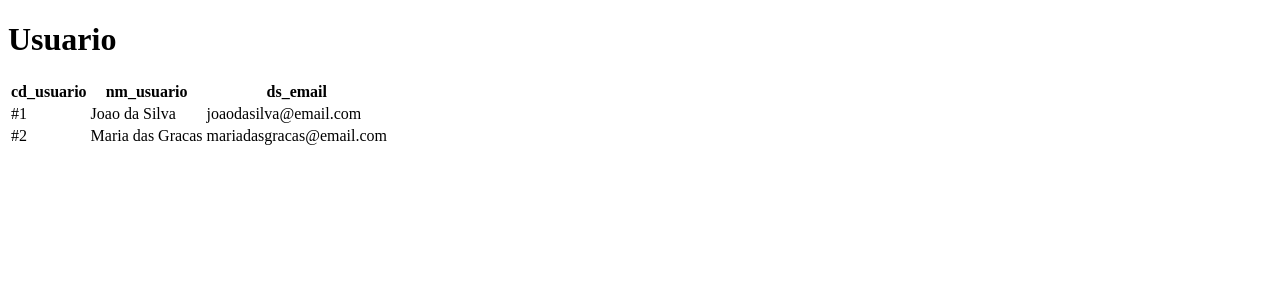
Repository: RonaldoMinholi/htf
Page: http://localhost/br.com.fiap.htf/usuario-listar
These files come from the project's save history. The page is drawn as it stood at one moment and after the next save; the edit follows.
The browser window is 1280 px wide. The pictures show the whole page.
The page is served by Tomcat 9. Other server files are loaded and not shown.

Above is the page before, as saved 2022-06-15 01:18:53.

### br.com.fiap.htf/src/main/webapp/usuario/usuario-listar.jsp
<%@ page language="java" contentType="text/html; charset=UTF-8"
    pageEncoding="UTF-8"%>
<!DOCTYPE html>
<html>
<head>
<meta charset="UTF-8">
<title>Insert title here</title>
</head>
<body>

<h1>Usuario</h1>

	<table>
		<tr>
			<th>cd_usuario</th>
			<th>nm_usuario</th>
			<th>ds_email</th>
		</tr>

		<tr>
			<td>#1</td>
			<td>Joao da Silva</td>
			<td>joaodasilva@email.com</td>
		</tr>

		<tr>
			<td>#2</td>
			<td>Maria das Gracas</td>
			<td>mariadasgracas@email.com</td>
		</tr>

	</table>


</body>
</html>

### br.com.fiap.htf/src/main/java/br/com/fiap/htf/controllers/usuario/UsuarioListarServlet.java
package br.com.fiap.htf.controllers.usuario;

import java.io.IOException;
import javax.servlet.ServletException;
import javax.servlet.annotation.WebServlet;
import javax.servlet.http.HttpServlet;
import javax.servlet.http.HttpServletRequest;
import javax.servlet.http.HttpServletResponse;

/**
 * Servlet implementation class UsuarioListarServlet
 */
@WebServlet("/usuario-listar")
public class UsuarioListarServlet extends HttpServlet {
	private static final long serialVersionUID = 1L;

    /**
     * @see HttpServlet#HttpServlet()
     */
    public UsuarioListarServlet() {
        super();
        // TODO Auto-generated constructor stub
    }

	/**
	 * @see HttpServlet#doGet(HttpServletRequest request, HttpServletResponse response)
	 */
	protected void doGet(HttpServletRequest request, HttpServletResponse response) throws ServletException, IOException {
		// TODO Auto-generated method stub

		request
		.getRequestDispatcher("/usuario/usuario-listar.jsp")
		.forward(request, response);

	}

	/**
	 * @see HttpServlet#doPost(HttpServletRequest request, HttpServletResponse response)
	 */
	protected void doPost(HttpServletRequest request, HttpServletResponse response) throws ServletException, IOException {
		// TODO Auto-generated method stub
		doGet(request, response);
	}

}

After the next save:
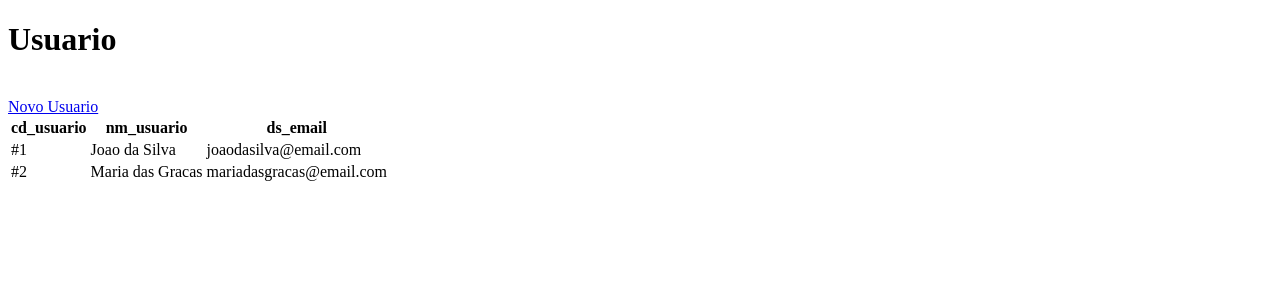
Saved 3 min 9 s later.
--- a/br.com.fiap.htf/src/main/webapp/usuario/usuario-listar.jsp
+++ b/br.com.fiap.htf/src/main/webapp/usuario/usuario-listar.jsp
@@ -10,6 +10,11 @@
 
 <h1>Usuario</h1>
 
+	<br>
+
+	<a href="usuario-novo">Novo Usuario</a>
+
+	<br>
 	<table>
 		<tr>
 			<th>cd_usuario</th>
